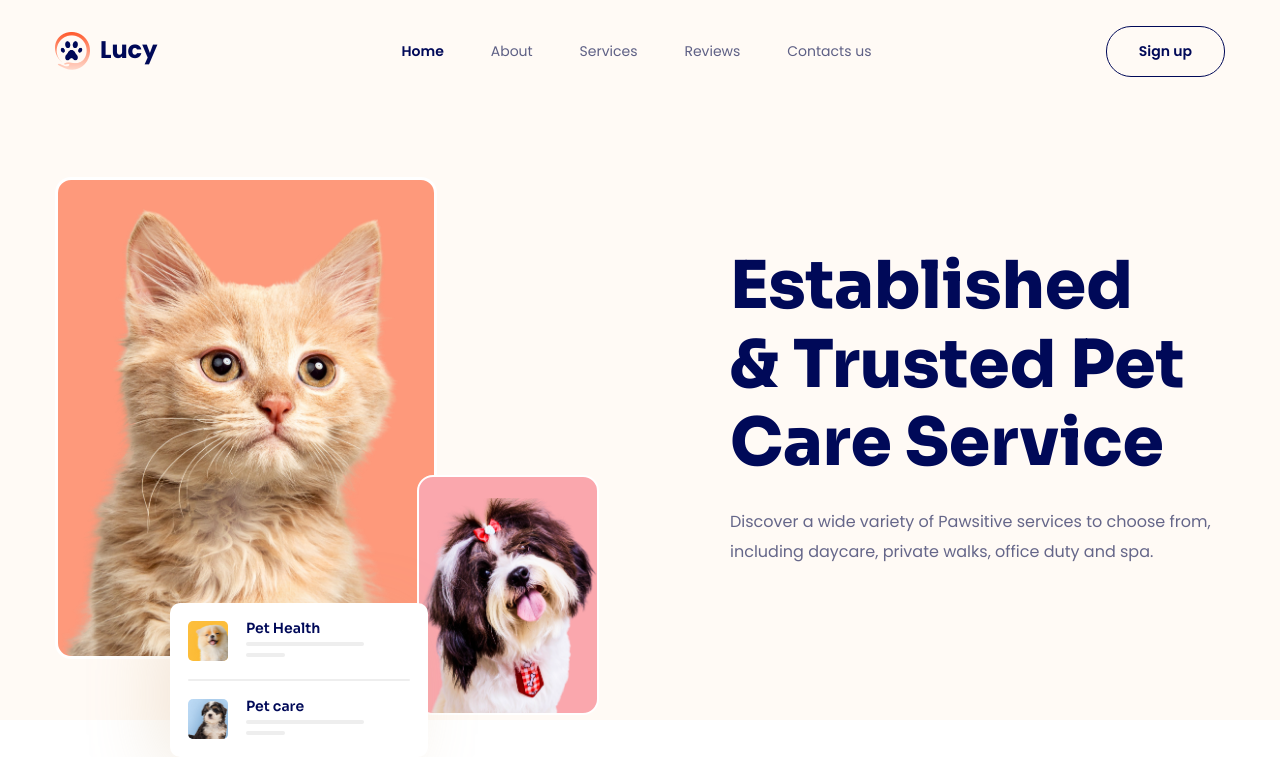
Repository: Cuongquaidan/F8projeact-04
Page: index.html
These files come from the project's save history. The page is drawn as it stood at one moment and after the next save; the edit follows.
The browser window is 1280 px wide. The pictures show the whole page.

Above is the page before, as saved 2023-04-15 10:04:07.

After the next save:
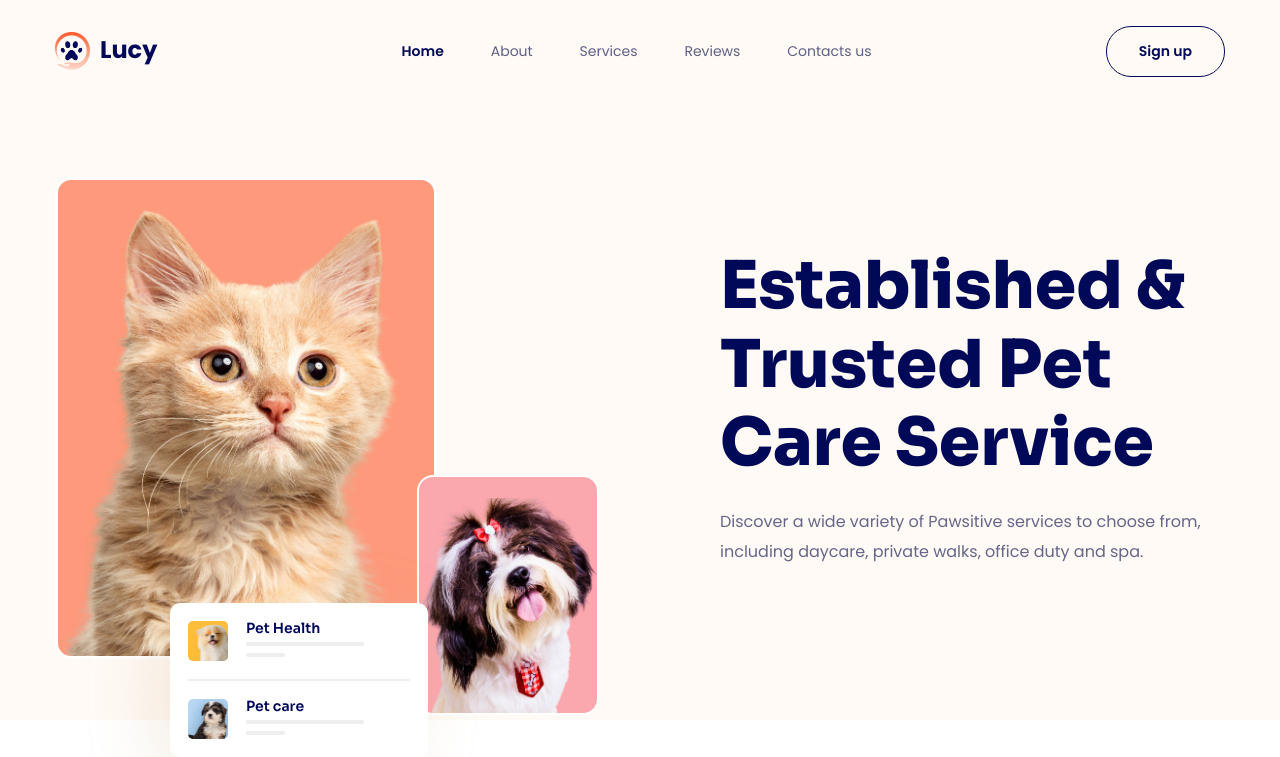
Saved 13 s later.
--- a/asset/css/styles.css
+++ b/asset/css/styles.css
@@ -223,7 +223,7 @@ a {
 }
 .hero__contents {
     padding-top: 70px;
-    padding-left: 90px;
+    padding-left: 80px;
 }
 .hero__contents-title {
     font-size: 6.6em;
